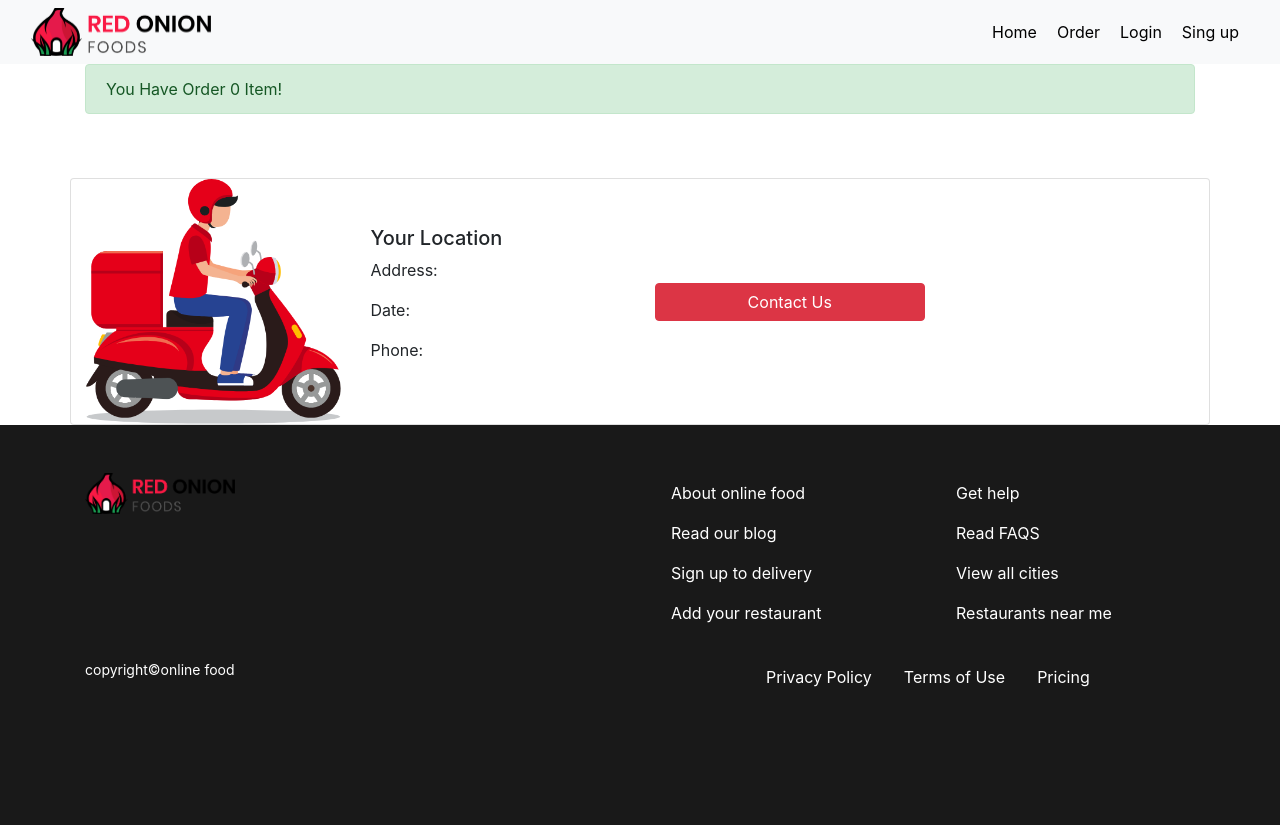
Repository: arif286/red-onion-client
Page: /order
The author's editor kept a copy of each file at every save. The page is drawn from the files as they stood at one save, then again after the next save.
The browser window is 1280 px wide. The pictures show the whole page.
The page's requests for data from a server got no answer. The project was rebuilt for these pictures with package versions that can differ from the ones it lists, and the page was loaded fresh each time. Some packages were replaced by stand-ins written for this rebuild. No one was signed in, and anything a server would have sent is missing. Also part of the build but not shown: src/App.css, src/components/CheckOut/CheckOut.css, src/components/CheckOut/CheckOutForm/CheckOutFrom.js, src/components/CheckOut/CheckOut.js, src/components/SearchBar/SearchBar.css, src/components/SearchBar/SearchBar.js, src/components/FoodDetails/FoodDetail.css, src/components/FoodDetails/FoodDetail.js and 12 more. Imported but missing from the stored project, and not drawn on this page: src/components/CheckOut/Map/Map.

Above is the page before, as saved 2021-04-06 04:55:14.

### public/index.html
<!DOCTYPE html>
<html lang="en">
  <head>
    <meta charset="utf-8" />
    <link rel="icon" href="%PUBLIC_URL%/favicon.ico" />
    <meta name="viewport" content="width=device-width, initial-scale=1" />
    <meta name="theme-color" content="#000000" />
    <meta
      name="description"
      content="Web site created using create-react-app"
    />
    <link rel="apple-touch-icon" href="%PUBLIC_URL%/logo192.png" />
    <!--
      manifest.json provides metadata used when your web app is installed on a
      user's mobile device or desktop. See https://developers.google.com/web/fundamentals/web-app-manifest/
    -->
    <link rel="manifest" href="%PUBLIC_URL%/manifest.json" />

    <!-- <link
      href="https://api.tiles.mapbox.com/mapbox-gl-js/v2.1.1/mapbox-gl.css"
      rel="stylesheet"
    /> -->
    <!--
      Notice the use of %PUBLIC_URL% in the tags above.
      It will be replaced with the URL of the `public` folder during the build.
      Only files inside the `public` folder can be referenced from the HTML.

      Unlike "/favicon.ico" or "favicon.ico", "%PUBLIC_URL%/favicon.ico" will
      work correctly both with client-side routing and a non-root public URL.
      Learn how to configure a non-root public URL by running `npm run build`.
    -->
    <title>Red Onion</title>
  </head>
  <body>
    <noscript>You need to enable JavaScript to run this app.</noscript>
    <div id="root"></div>
    <!--
      This HTML file is a template.
      If you open it directly in the browser, you will see an empty page.

      You can add webfonts, meta tags, or analytics to this file.
      The build step will place the bundled scripts into the <body> tag.

      To begin the development, run `npm start` or `yarn start`.
      To create a production bundle, use `npm run build` or `yarn build`.
    -->
  </body>
</html>

### src/App.js
import "bootstrap/dist/css/bootstrap.min.css";
import React, { createContext, useState } from "react";
import { BrowserRouter as Router, Route, Switch } from "react-router-dom";
import './App.css';
import CheckOut from "./components/CheckOut/CheckOut";
import Map from "./components/CheckOut/Map/Map";
import FoodDetail from "./components/FoodDetails/FoodDetail";
import Footer from "./components/Footer/Footer";
import Header from "./components/Header/Header";
import Home from './components/Home/Home';
import Login from "./components/LogIn/Login";
import Order from "./components/Order/Order";
import SingUp from "./components/SingUp/SingUp";


export const UserContext = createContext();
function App() {
  const [loggedInUser, setLoggedInUser] = useState({});
  return (
    <UserContext.Provider value={[loggedInUser, setLoggedInUser]}>
      <Router>
        <Header />
        <Switch>
          <Route path="/home">
            <Home />
          </Route>
          <Route path="/signUp">
            <SingUp />
          </Route>
          <Route path="/login">
            <Login />
          </Route>
          <Route path="/food/details/:foodId">
            <FoodDetail />
          </Route>
          <Route path='/checkOut'>
            <CheckOut/>
          </Route>
          <Route path='/order'>
            <Order/>
          </Route>
          <Route path='/map'>
            <Map/>
          </Route>
          <Route exact path="/">
            <Home/>
          </Route>
        </Switch>
        <Footer />
      </Router>
    </UserContext.Provider>
  );

}

export default App;

### src/components/Footer/Footer.js
import React from 'react';
import { NavLink } from 'react-bootstrap';
import Logo from '../../onion-restaurent/logo2.png';
import './Footer.css';

const Footer = () => {
    return (
      <footer>
        <div className="container">
          <div className="row pt-5">
            <div className="col-md-6 col-sm-12 pb-4">
              <img className="footer-img" src={Logo} alt="" />
            </div>
            <div className="col-md-3 col-sm-12 pb-4">
              <ul className="nav flex-column">
                <li className="nav-item">
                  <NavLink
                    className="nav-link active footer-link"
                    aria-current="page"
                    to="/"
                  >
                    About online food
                  </NavLink>
                </li>
                <li className="nav-item">
                  <NavLink className="nav-link footer-link" to="/">
                    Read our blog
                  </NavLink>
                </li>
                <li className="nav-item">
                  <NavLink className="nav-link footer-link" to="/">
                    Sign up to delivery
                  </NavLink>
                </li>
                <li className="nav-item">
                  <NavLink className="nav-link footer-link" to="/">
                    Add your restaurant
                  </NavLink>
                </li>
              </ul>
            </div>
            <div className="col-md-3 col-sm-12 pb-4">
              <ul className="nav flex-column">
                <li className="nav-item">
                  <NavLink
                    className="nav-link footer-link"
                    aria-current="page"
                    to="/"
                  >
                    Get help
                  </NavLink>
                </li>
                <li className="nav-item">
                  <NavLink className="nav-link footer-link" to="/">
                    Read FAQS
                  </NavLink>
                </li>
                <li className="nav-item">
                  <NavLink className="nav-link footer-link" to="/">
                    View all cities
                  </NavLink>
                </li>
                <li className="nav-item">
                  <NavLink className="nav-link footer-link" to="/">
                    Restaurants near me
                  </NavLink>
                </li>
              </ul>
            </div>
          </div>

          <div className="row">
            <div className="col-md-7">
              <p className='copy-right'>
                <small>
                  copyright<span>&#169;</span>online food
                </small>
              </p>
            </div>
            <div className="col-md-5">
              <div className='d-flex'>
                <NavLink className="footer-link">Privacy Policy</NavLink>
                <NavLink className="footer-link">Terms of Use</NavLink>
                <NavLink className="footer-link">Pricing</NavLink>
              </div>
            </div>
          </div>
        </div>
      </footer>
    );
};

export default Footer;

### src/components/Header/Header.js
import { faShoppingCart } from "@fortawesome/free-solid-svg-icons";
import { FontAwesomeIcon } from "@fortawesome/react-fontawesome";
import React from 'react';
import { NavLink } from "react-router-dom";
import logo from '../../onion-restaurent/logo2.png';
import './Header.css';
const cart = <FontAwesomeIcon icon={faShoppingCart} />;
const Header = () => {
    const header = {
        logo : {width: '180px'}
    }
    return (
      <div>
        <nav className="navbar navbar-expand-lg navbar-light bg-light">
          <div className="container-fluid">
            <div>
              <img style={header.logo} src={logo} alt="" />
            </div>
            <button
              className="navbar-toggler"
              type="button"
              data-bs-toggle="collapse"
              data-bs-target="#navbarNav"
              aria-controls="navbarNav"
              aria-expanded="false"
              aria-label="Toggle navigation"
            >
              <span className="navbar-toggler-icon"></span>
            </button>
            <div
              className="collapse  navbar-collapse justify-content-end"
              id="navbarNav"
            >
              <ul className="navbar-nav align-items-center">
                <li className="nav-item">
                  <NavLink className="header-link" to="/">
                    Home
                  </NavLink>
                </li>
                <li className="nav-item">
                  <NavLink className="header-link" to="/order">
                    Order
                  </NavLink>
                </li>
                <li className="nav-item">
                  <NavLink className="header-link" to="/login">
                    Login
                  </NavLink>
                </li>
                <li className="nav-item">
                  <NavLink className="header-link" to="/signUp">
                    Sing up
                  </NavLink>
                </li>
              </ul>
            </div>
          </div>
        </nav>
      </div>
    );
};

export default Header;

### src/components/Order/Order.js
import axios from "axios";
import React, { useContext, useEffect, useState } from "react";
import { Alert, Card, Col, Container, Row } from "react-bootstrap";
import { UserContext } from "../../App";
import delivery from "../../onion-restaurent/Image/Group 1151.png";


const Order = () => {
  const [order, setOrder] = useState([]);
  const [loggedInUser, setLoggedInUser] = useContext(UserContext);

  useEffect(() => {
    axios.get(`http://localhost:5000/orderDetails?email=${loggedInUser.email}`)
      .then(res => {
        console.log(res.data)
        setOrder(res.data)
      })
      .catch(err => console.log(err));
  }, [loggedInUser.email]);
  const {address, date, foodName, picture, name, totalPrice} = order;
  return (
    <Container>
      <Alert variant="success">You Have Order {order.length} Item!</Alert>
      <Row className="justify-content-between">
        {order.map((item) => (
          <Col xs={12} sm={3}>
            <Card className="d-flex">
              <img src={item.picture} alt="" />
              <Card.Body>
                <Card.Title>{item.foodName}</Card.Title>
                <Card.Text>quantity: ${item.quantity}</Card.Text>
                <Card.Text>Total: ${item.totalPrice}</Card.Text>
              </Card.Body>
            </Card>
          </Col>
        ))}
      </Row>
      <Row className="mt-5">
        <Col>
          <Card className="row flex-row justify-content-around">
            <div className="col">
              <img className="img-fluid" src={delivery} alt="" />
            </div>
            <div className="col  align-self-center">
              <h5>Your Location</h5>
              <p>Address: {order[0]?.address}</p>
              <p>Date: {order[0]?.date}</p>
              <p>Phone: {order[0]?.phone}</p>
            </div>
            <div className="col col-sm-6 align-self-center">
              <button className="btn btn-danger w-50">Contact Us</button>
            </div>
          </Card>
        </Col>
      </Row>
    </Container>
  );
};

export default Order;

### src/components/Footer/Footer.css
.footer-img {
  width: 150px;
}
footer {
  background-color: #191919;
  height: 400px;
}
.footer-link {
  color: white;
}
.footer-link:hover {
  color: #878787;
}
.copy-right {
  color: white;
}

### src/components/Header/Header.css
.header-link {
  color: black;
  display: inline-block;
  padding: 10px;
}
.header-link:hover {
  text-decoration: none;
  color: #777777;
}
.cart-btn {
  border: none;
  background: none;
}

Loaded but not shown: src/index.js (common file); src/index.css (common file); src/reportWebVitals.js (common file)

After the next save:
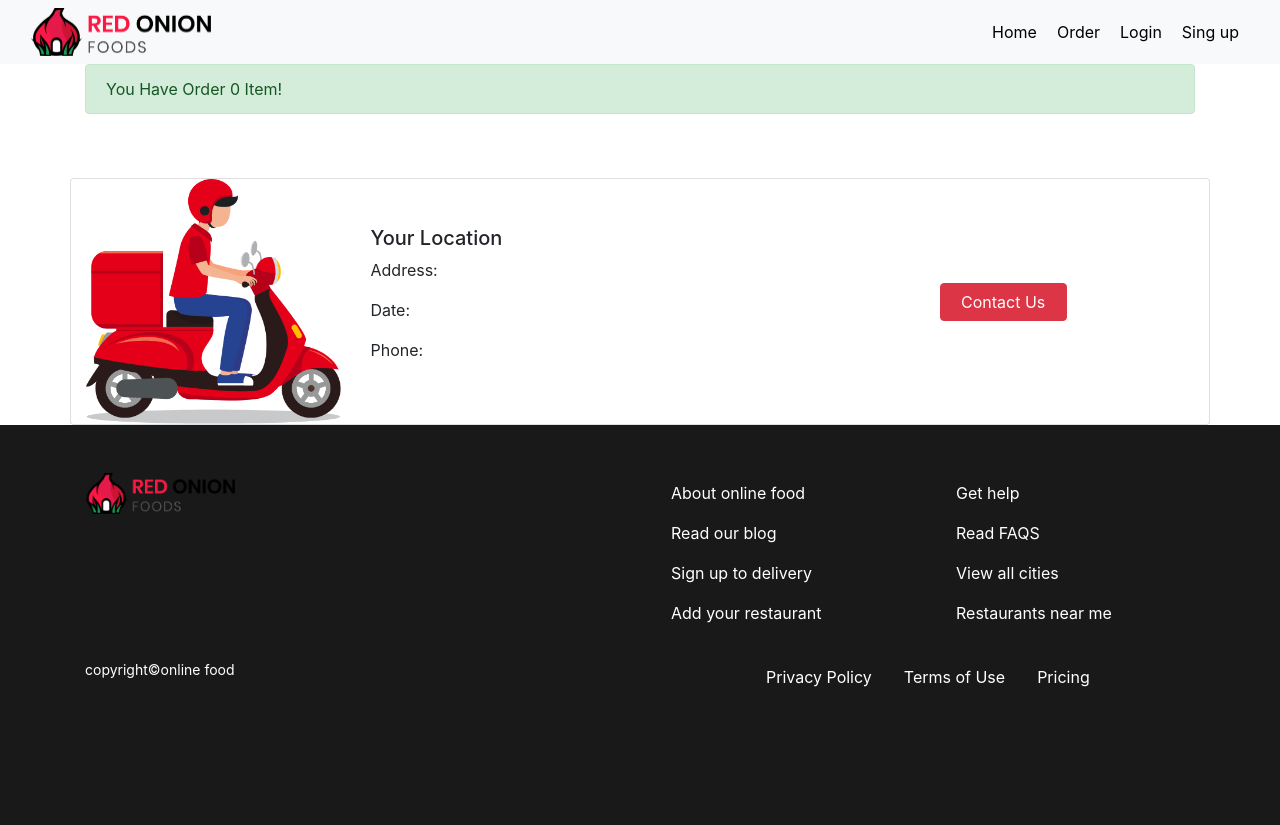
Saved 50 s later.
--- a/src/components/Order/Order.js
+++ b/src/components/Order/Order.js
@@ -41,13 +41,13 @@ const Order = () => {
             <div className="col">
               <img className="img-fluid" src={delivery} alt="" />
             </div>
-            <div className="col  align-self-center">
+            <div className="col col-sm-6  align-self-center">
               <h5>Your Location</h5>
               <p>Address: {order[0]?.address}</p>
               <p>Date: {order[0]?.date}</p>
               <p>Phone: {order[0]?.phone}</p>
             </div>
-            <div className="col col-sm-6 align-self-center">
+            <div className="col align-self-center">
               <button className="btn btn-danger w-50">Contact Us</button>
             </div>
           </Card>
